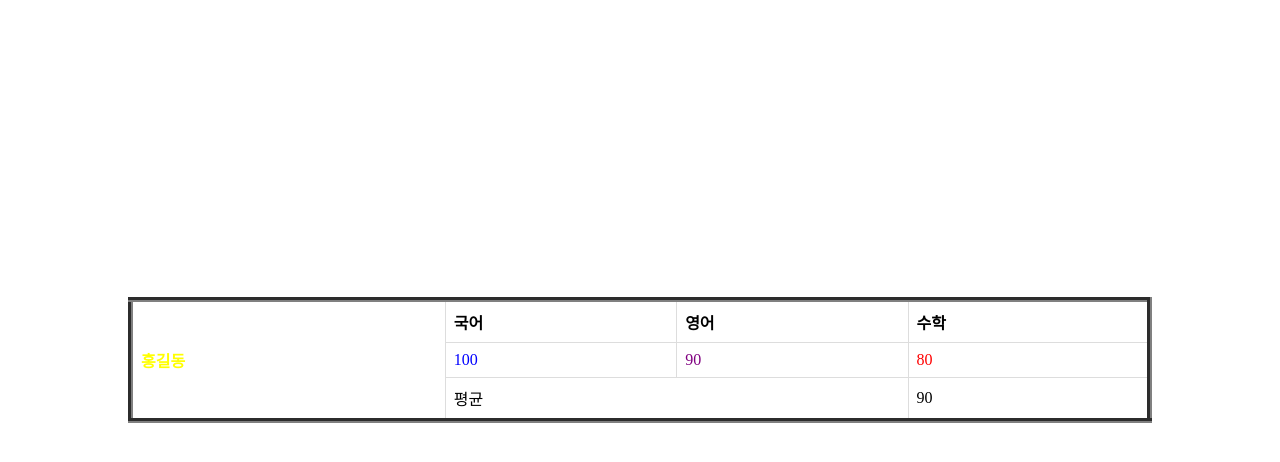
Repository: tjdwlsaos22/TJ_JSP
Page: jsp/HTML/src/main/webapp/Lec04.html
The author's editor kept a copy of each file at every save. The page is drawn from the files as they stood at one save, then again after the next save.
The browser window is 1280 px wide. The pictures show the whole page.

Above is the page before, as saved 2024-01-17 03:19:56.

After the next save:
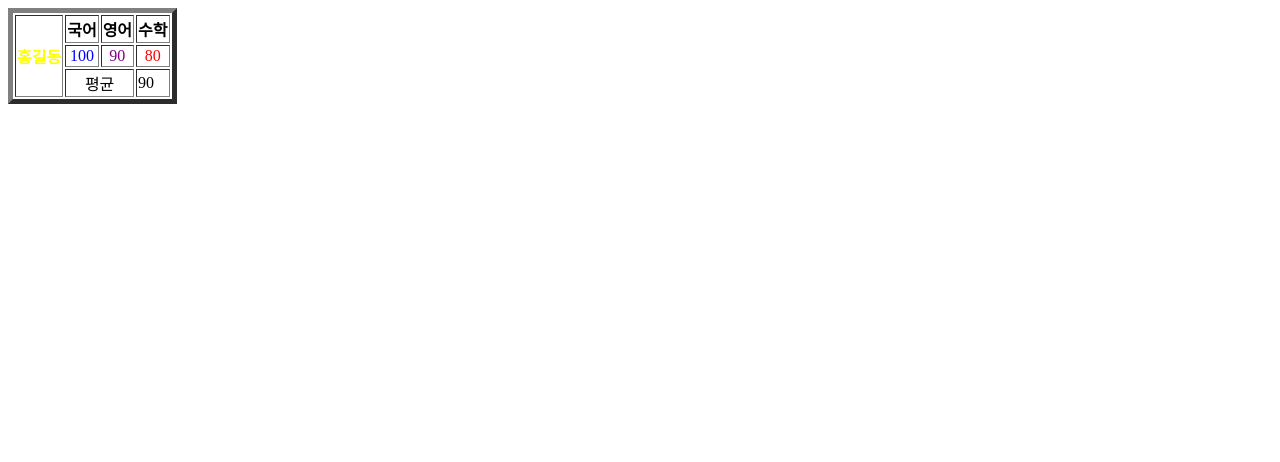
Saved 14 s later.
--- a/jsp/HTML/src/main/webapp/Lec04.html
+++ b/jsp/HTML/src/main/webapp/Lec04.html
@@ -6,24 +6,7 @@
 		<meta charset="UTF-8">
 		<title>Table Tag</title>
 		<style>
-   		 body {
-      	display: flex;
-      	align-items: center;
-      	justify-content: center;
-      	height: 100vh;
-      	margin: 0;
-    	}
 
-    	table {
-      	border-collapse: collapse;
-      	width: 80%; /* 테이블의 너비를 조절할 수 있습니다. */
-    	}
-
-    	th, td {
-     	border: 1px solid #ddd;
-      	padding: 8px;
-     	text-align: left;
-    }
   </style>
 	</head>
 	<body>
